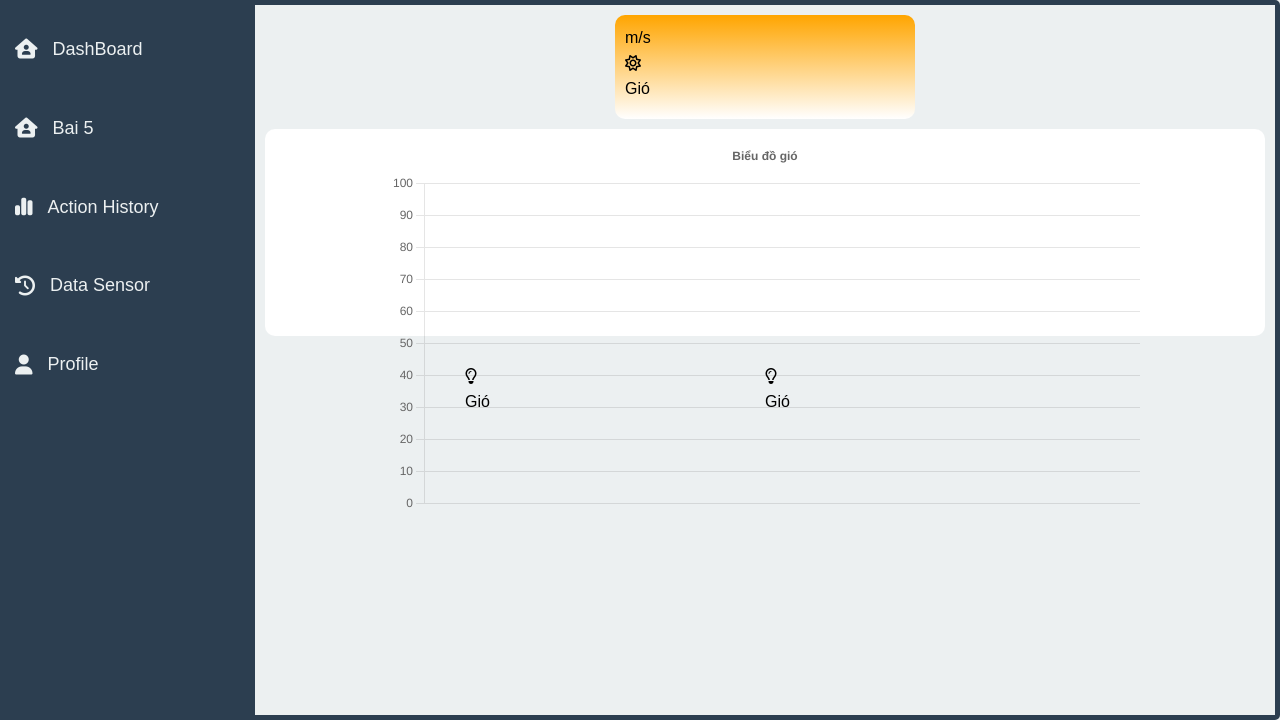
Repository: duongnoob23/duyyyy
Page: /bai5 (app in iot/)
These files come from the project's save history. The page is drawn as it stood at one moment and after the next save; the edit follows.
The browser window is 1280 px wide. The pictures show the whole page.
The page's requests for data from a server got no answer. Some web libraries are served in a nearby version. The project was rebuilt for these pictures with package versions that can differ from the ones it lists, and the page was loaded fresh each time. No one was signed in, and anything a server would have sent is missing. Also part of the build but not shown: iot/src/App.css, iot/src/Components/Doughnut/GaugeChart.js, iot/src/Components/LineChart/LineChartECharts.js, iot/src/Pages/Home/Home.js, iot/src/Pages/DataLogs/DataLogs.js, iot/src/Pages/Profile/Profile.css, iot/src/Pages/Profile/Profile.js, iot/src/Pages/Action/Action.js and 1 more.

Above is the page before, as saved 2024-12-02 21:12:39.

### iot/public/index.html
<!DOCTYPE html>
<html lang="en">
  <head>
    <meta charset="utf-8" />
    <link rel="icon" href="%PUBLIC_URL%/favicon.ico" />
    <meta name="viewport" content="width=device-width, initial-scale=1" />
    <meta name="theme-color" content="#000000" />
    <meta
      name="description"
      content="Web site created using create-react-app"
    />
    <link rel="apple-touch-icon" href="%PUBLIC_URL%/logo192.png" />
    <!--
      manifest.json provides metadata used when your web app is installed on a
      user's mobile device or desktop. See https://developers.google.com/web/fundamentals/web-app-manifest/
    -->
    <link rel="manifest" href="%PUBLIC_URL%/manifest.json" />
    <!--
      Notice the use of %PUBLIC_URL% in the tags above.
      It will be replaced with the URL of the `public` folder during the build.
      Only files inside the `public` folder can be referenced from the HTML.

      Unlike "/favicon.ico" or "favicon.ico", "%PUBLIC_URL%/favicon.ico" will
      work correctly both with client-side routing and a non-root public URL.
      Learn how to configure a non-root public URL by running `npm run build`.
    -->
    <link rel="stylesheet" href="https://cdnjs.cloudflare.com/ajax/libs/font-awesome/6.6.0/css/all.min.css" integrity="sha512-Kc323vGBEqzTmouAECnVceyQqyqdsSiqLQISBL29aUW4U/M7pSPA/gEUZQqv1cwx4OnYxTxve5UMg5GT6L4JJg==" crossorigin="anonymous" referrerpolicy="no-referrer" />
    <title>React App</title>
    <script src="https://code.highcharts.com/highcharts.js"></script>
  </head>
  <body>
    <noscript>You need to enable JavaScript to run this app.</noscript>
    <div id="root"></div>
    <!--
      This HTML file is a template.
      If you open it directly in the browser, you will see an empty page.

      You can add webfonts, meta tags, or analytics to this file.
      The build step will place the bundled scripts into the <body> tag.

      To begin the development, run `npm start` or `yarn start`.
      To create a production bundle, use `npm run build` or `yarn build`.
    -->
  </body>
</html>

### iot/src/index.js
import React from 'react';
import { DatePicker } from 'antd';
import ReactDOM from 'react-dom/client';
import './index.css';
import App from './App';
import reportWebVitals from './reportWebVitals';
import { BrowserRouter } from 'react-router-dom';


const root = ReactDOM.createRoot(document.getElementById('root'));
root.render(
  // <React.StrictMode>
  <BrowserRouter>
    <App />
  </BrowserRouter>

  // </React.StrictMode>
);


reportWebVitals();

### iot/src/index.css
body {
  margin: 0;
  font-family: -apple-system, BlinkMacSystemFont, 'Segoe UI', 'Roboto', 'Oxygen',
    'Ubuntu', 'Cantarell', 'Fira Sans', 'Droid Sans', 'Helvetica Neue',
    sans-serif;
  -webkit-font-smoothing: antialiased;
  -moz-osx-font-smoothing: grayscale;
}

code {
  font-family: source-code-pro, Menlo, Monaco, Consolas, 'Courier New',
    monospace;
}

*{
  box-sizing: border-box;
  font-family: Arial, Helvetica, sans-serif;
}

html{
  font-size: 62.5%;
}

ul,li{
  list-style-type: none;
  margin: 0;
  padding:0;
}
a{
  text-decoration: none;
}

body{
  margin: 0;
  padding: 0;

}

### iot/src/App.js
// import logo from './logo.svg';
import './App.css';
import Layout from './Components/Layout/Layout';
import { Routes,Route} from 'react-router-dom';
import Home from './Pages/Home/Home';
import DataLogs from './Pages/DataLogs/DataLogs';
import Profile from './Pages/Profile/Profile';
import Action from './Pages/Action/Action';
import Bai5 from './Pages/Bai5/Bai5';
function App() {
  return (
    <>

      <Routes>
          <Route path="/" element = {<Layout/>}>
            <Route path='home' element={<Home/>}/>
            <Route path='bai5' element={<Bai5 />}/>
            <Route path='datalogs' element={<DataLogs/>}/>
            <Route path='profile' element={<Profile/>}/>
            <Route path='action' element={<Action/>}/>
          </Route>
      </Routes>
    </>
  );
}

export default App;

### iot/src/Components/Layout/Layout.js
import './Layout.css'
import { Link, Outlet, } from "react-router-dom";
// import { useState } from "react";

function Layout(){

    return (
        <>

        <div className="dashBoard">
        <div className="sideBar">
            <ul className="sideBar-list">
                <li className="sideBar-item">
                    {/* <a  href="#" className="sideBar-icon">
                        <i className="fa-solid fa-house-user">
                        </i>
                        <span className='sideBar-text'>DashBoard</span>
                    </a> */}
                    <Link className='sideBar-icon' to={"/home"}>
                        <i className="fa-solid fa-house-user">
                        </i>
                        <span className='sideBar-text'>DashBoard</span>
                    </Link>
                </li>
                <li className="sideBar-item">
                    <Link className='sideBar-icon' to={"/bai5"}>
                        <i className="fa-solid fa-house-user">
                        </i>
                        <span className='sideBar-text'>Bai 5</span>
                    </Link>
                </li>
                <li className="sideBar-item">
                <Link  className="sideBar-icon" to={"/action"}>
                    <i className="fa-solid fa-chart-simple"></i>
                        <span className='sideBar-text'>Action History</span>
                    </Link>
                </li>
                <li className="sideBar-item">
                    <Link className="sideBar-icon" to={"/datalogs"} >
                    <i className="fa-solid fa-clock-rotate-left"></i>
                        <span className='sideBar-text'> Data Sensor</span>
                    </Link>
                </li>
                <li className="sideBar-item">

                    <Link className="sideBar-icon" to={"/profile"}>
                        <i className="fa-solid fa-user"></i>
                        <span className='sideBar-text'>Profile</span>
                    </Link>
                </li>
            </ul>
        </div>
        <div className="sideMain">
            <Outlet/>
        </div>
    </div>
        </>
    )
}

export default Layout;

### iot/src/Components/Layout/Layout.css


/* Reset default padding and margins */
* {
    margin: 0;
    padding: 0;
    box-sizing: border-box;
}

/* DashBoard container */
.dashBoard {
    display: flex;
    height : 100vh;
    font-family: 'Roboto', sans-serif;
}

/* SideBar styling */
.sideBar {
    width: 250px;
    background-color: #2c3e50;
    padding: 20px 0;
    position: fixed;
    height: 100%;
    transition: all 0.3s ease;
}

.sideBar-list {
    list-style: none;
    padding-left: 0;
}

.sideBar-item {
    margin-bottom: 20px;
}

.sideBar-icon {
    display: flex;
    align-items: center;
    padding: 15px;
    color: #ecf0f1;
    text-decoration: none;
    transition: background 0.3s ease, color 0.3s ease;
}

.sideBar-icon i {
    margin-right: 15px;
    font-size: 20px;
}

/* Hover effect for sidebar items */
.sideBar-icon:hover {
    background-color: #34495e;
    color: #1abc9c;
    cursor: pointer;
    padding-left: 25px; /* Add a slide effect */
    transition: all 0.3s ease;
}

.sideBar-text {
    font-size: 18px;
}

/* Active link effect */
.sideBar-icon.active {
    background-color: #1abc9c;
    color: #fff;
    border-radius: 8px;
    transition: all 0.3s ease;
}

/* SideMain styling */
.sideMain {
    margin-left: 250px;
    background-color: #ecf0f1;
    flex-grow: 1;
}

/* Responsive Design */
@media screen and (max-width: 768px) {
    .sideBar {
        width: 200px;
    }

    .sideBar-icon {
        padding: 10px;
    }

    .sideMain {
        margin-left: 200px;
        padding: 20px;
    }
}

@media screen and (max-width: 576px) {
    .sideBar {
        width: 60px;
    }

    .sideBar-icon i {
        margin-right: 0;
        text-align: center;
        flex: 1;
    }

    .sideBar-text {
        display: none;
    }

    .sideMain {
        margin-left: 60px;
        padding: 10px;
    }
}

### iot/src/Pages/Home/Home.css
/* General Styling */
.main {
    display: flex;
    flex-direction: column;
    height : 100%; /* Chiếm toàn bộ chiều cao của màn hình */

    box-sizing: border-box; /* Đảm bảo padding không làm thay đổi kích thước */
}

.section {
  width: 100%;
  height : 100%;
}



.section-one{
    width: 100vh;
    height : 100%;
    display: flex;
    flex-direction: row;

}

.left{
  width: 75%;
}

.right{
  width: 25%;
}

.sensor{
    height: 30%;
}


.sensor-list {
    height: 100%;
    display: flex;
    list-style-type: none;
    padding: 0;
    margin: 0;
    justify-content: space-between; /* Rải đều các phần tử trong container */
    width: 100%; /* Chiếm toàn bộ chiều rộng của màn hình */
}

.sensor-item {
    flex: 1; /* Các phần tử sẽ tự động chiếm đều không gian */
    /* padding: 5px; */
    background-color: #ffffff;
    border-radius: 12px;
    box-shadow: 0 4px 12px rgba(0, 0, 0, 0.1);
    display: flex;
    flex-direction: column;
    align-items: center;
    text-align: center;
    margin: 10px;
    min-width: 50px; /* Đảm bảo các phần tử không quá nhỏ */
}
  .sensor-item .sensor-digit {
    font-size: 1.2em;
    font-weight: bold;
    margin-bottom: 5px;
    color: #333;
  }

  .sensor-item:nth-child(2){
    /* margin:10px 20px; */
  }

  .sensor-bar {
    width: 100%;
    height: 100px;
    background-color: #e0e0e0;
    border-radius: 8px;
    position: relative;
    overflow: hidden;
    margin: 10px 0;
  }

  .sensor-fill {
    position: absolute;
    bottom: 0;
    width: 100%;
    border-radius: 8px;
  }

  .sensor-item.light .sensor-fill {
    background-color: #ffb74d; /* Soft orange for light */
  }

  .sensor-item.temperature .sensor-fill {
    background-color: #ef5350; /* Soft red for temperature */
  }

  .sensor-item.humidity .sensor-fill {
    background-color: #42a5f5; /* Soft blue for humidity */
  }

  .label {
    font-size: 0.9em;
    font-weight: 600;
    color: #777;
  }
  /* Chart Section */
  .chart {
    height: 70%;
    width: 100%;
    /* margin-top: 20px; */
    /* margin: 15px; */
    padding: 0;
  }
.styleChart{
  aspect-ratio: 7/3;
}
  /* Electric Section */
  .electric {
    width: 100%;
    margin-top: 5px;
  }

  .electric-list {
    list-style: none;
    padding: 0;
    margin: 0;
    display: flex;
    flex-direction: column;
    justify-content: space-around;
    gap: 15px;
  }

  .electric-item {
    /* flex: 1; */
    text-align: center;
    padding: 20px;
    background-color: #f9f9f9;
    border-radius: 10px;
    box-shadow: 0px 4px 10px rgba(0, 0, 0, 0.1);
    transition: transform 0.3s ease, box-shadow 0.3s ease;
    width: 300px;
  }




  .electric-box {
    position: relative;
    margin-bottom: 10px;
  }

  .electric-input {
    display: none;
  }

  .electric-label {
    display: block;
    width: 60px;
    height: 30px;
    background-color: #ddd;
    border-radius: 15px;
    position: relative;
    cursor: pointer;
    transition: background-color 0.3s;
  }



  .electric-input:checked + .electric-label {
    background-color: #4caf50;
  }

  .electric-input:checked + .electric-label:before {
    left: 31px;
  }

  .on-off {
    font-weight: bold;
    margin-top: 8px;
    font-size: 16px;
  }

  .electric-item i {
    font-size: 36px;
    color: #4caf50;
  }

  .electric-item .light-icon,
  .electric-item .temp-icon,
  .electric-item .air-icon {
    color: #aaa;
  }

/* css button  */

### iot/src/Components/Helper/URL.js
export const URL = "http://localhost:3001";

### iot/src/Pages/DataLogs/DataLogs.css
*{
    box-sizing: border-box;
}
.table {
    width: 90%;
    border-collapse: collapse;
    margin: 10px;
    border-radius:10px;
    overflow: hidden;
}

.data{
    border:5px solid #2c3e50;
    border-radius: 0 5px 5px 0;
    height: 100%;
}

.table__body{
    border-radius: 10px;
    border: 2px solid #2c3e50;
}

.table__head{
    border: 2px solid #2c3e50;
}
th, td {
    padding: 10px;
    text-align: center;
    border-bottom: 1px solid #ddd;
}
th {
    background-color: #2c3e50;
    color: white;
}

.table-row__body{
    transition: all 0.1s linear;

}
.table-row__body:nth-child(even){
    background-color: #eee;

}
.table-row__body:hover{
    background-color: #2c3e50;
    color: #F4C427;

}

.table-row__body:active{
    background-color: #2c3e50;
    color: #F4C427;
}
.data__title{
    margin-left: 10px;
    font-size: 20px;
    font-weight: bold;
}

.data__sort{
    margin-left: 10px;
    font-size: 15px;
    font-weight: bold;
    margin-bottom: 10px;

}

.data__in{
    border-radius: 10px;
    border: 2px solid #7A40F2;
    margin: 10px;
}

### iot/src/Pages/Action/Action.css
* {
    box-sizing: border-box;
    font-family: 'Arial', sans-serif; /* Change this to your preferred font */
    font-size: 16px; /* Default font size */
    line-height: 1.6; /* Controls line spacing */
}


.action {
    border: 5px solid #2c3e50;
    border-radius: 0 5px 5px 0;
    height: 100vh; /* Full viewport height */
    display: flex;
    flex-direction: column;
    justify-content: space-between; /* Distribute space evenly */
}

.action-title {
    margin-left: 10px;
    font-size: 24px;
    font-weight: bold;
    margin-bottom: 20px;
}

.option {
    display: flex;
    align-items: center;
    margin-bottom: 20px;
}

.search {
    margin-left: 20px;
    display: flex;
    align-items: center;
}

.search__input {
    padding: 8px 15px;
    border-radius: 8px;
    outline: none;
    border: 1px solid #2c3e50;
    margin-right: 5px;
    font-size: 16px;
}

.search__icon {
    cursor: pointer;
    font-size: 20px;
    color: #2c3e50;
}

.select, .select2 {
    margin-left: auto;
    padding: 0 10px;
}

.select__list {
    padding: 8px 12px;
    border-radius: 8px;
    border: 1px solid #2c3e50;
    outline: none;
    font-size: 16px;
}

/* Table container to control overflow */
.table__container {
    flex-grow: 1;
    overflow-y: auto;
    border-radius: 10px;
    margin: 0 20px;
    padding-bottom: 20px;
}

.table {
    width: 100%;
    border-collapse: collapse;
}

.table__head {
    background-color: #2c3e50;
    color: white;
    border-radius: 10px 10px 0 0;
}

.table-row__head th, .table-row__body td {
    padding: 10px;
    text-align: center;
}

.table-row__body:nth-child(even) {
    background-color: #f7f7f7;
}

.table-row__body:hover {
    background-color: #2c3e50;
    color: #F4C427;
}

/* Maintain height to ensure 10 rows fill the page */
.table-row__body {
    height: 40px; /* Adjust this based on design preferences */
    transition: background-color 0.3s;
}

.table__body {
    border-radius: 0 0 10px 10px;
}

.pagination {
    margin-right: 20px;
    padding: 10px 0;
    text-align: right;
}

.pagi__list {
    display: flex;
    justify-content: flex-end;
    align-items: center;
    font-size: 16px;
}

.pagi__item {
    margin: 0 5px;
    cursor: pointer;
    padding: 5px 10px;
    border: 1px solid #3498db;
    border-radius: 5px;
    transition: background-color 0.3s;
}

.pagi__next, .pagi__pre {
    color: #3498db;
}

.pagi__cur {
    font-weight: bold;
    color: #fff;
    background-color: #15181b;
    border-radius: 5px;
    padding: 5px 10px;
}

/* Ensure last row visibility */
.table__container::-webkit-scrollbar {
    width: 6px;
}

.table__container::-webkit-scrollbar-thumb {
    background-color: #121518;
    border-radius: 10px;
}

### iot/src/Pages/Bai5/Bai5.css
.main{
    width: 100%;
    padding:10px;
    height: 100%;
    border:5px solid #2c3e50;
    border-radius: 0 5px 5px 0;
}


.section{
}

.section .section-two{
    height: 100%;
    width: 100%;
    display: flex;
    flex-direction: column;
}



.electric{
    background-color: white;
    /* padding:10px; */
    border-radius: 15px;
    /* margin-bottom: 15px; */
}

.electric-list{
    display: flex;
    justify-content: center;
    align-items: center;
    margin-left: -20px;
    height: 100%;
}

.electric-item{
    width: 80%;
    height: calc(100% / 3 - 10px);
    margin-left: 20px;
    /* background-color: white; */
    border-radius: 10px;
    padding: 10px;
    box-shadow: rgba(0, 0, 0, 0.35) 0px 5px 15px;
    color:#2c3e50;
    display: flex;
    flex-direction: column;
    justify-content: space-between;
    font-size: 15px;
    transition: all 0.25s linear;
    position: relative;
    /* cursor: pointer; */
}

/* .electric-item:hover{
    background-color: #2c3e50;
    color: white;
    box-shadow: #2c3e50 3px 3px 9px 0px;
} */

.electric-item i{
    font-size: 40px;
}

.electric-item .on-off{
    font-size: 20px;
    color: black;
    margin-top: 0;
}

.electric-item:hover .on-off{
    /* color:white; */
}

.electric-input{
    display: none;
}

.electric-input:checked + .electric-label{
    background-color: #2c3e50;
    box-shadow: white 0px 5px 15px;
}

.electric-input:checked + .electric-label:after{
    background-color: white;
    transform: translateX(17px);
}
.electric-input:checked .temperature{
    color: #2c3e50;
}


.electric-label{
    position: absolute;
    top:20px;
    right: 20px;
    width: 36px;
    height: 20px;
    border-radius: 20px;
    background-color: #F5F5F5;
    transition: all 0.25s linear;
    cursor: pointer;
}

.electric-label:after{
    cursor: pointer;
    content: "";
    position:  absolute;
    top:1px;
    left: 1px;
    width: 18px;
    height: 18px;
    border-radius: 50%;
    background-color: white;
    transition: all 0.25s linear;
    box-shadow: rgba(0, 0, 0, 0.35) 0px 5px 15px;
}

.electric-item .electric-light{
    display: inline-block;
    font-size: 40px;
    color: black;
    transition: all 0.4s linear;
    display: flex;
    justify-content: center;
    align-items: center;
}
.electric-item .electric-light.show{
    color: yellow;
    /* box-shadow: 0 0 3px 3px yellow; */
    filter: drop-shadow(0 0 10px rgba(255, 255, 0, 0.8)) drop-shadow(0 0 20px rgba(255, 255, 0, 0.642));
}

.electric-item .electric-air{
    display: flex;
    justify-content: center;
    align-items: center;
    color:black;
}

.electric-item .electric-air.show{
    content: "";
    animation:spin 2s linear infinite;
    color:#3acbe9;
    transition: all 0.4s linear;
}

.electric-item .electric-temperature{
    display: flex;
    justify-content: center;
    align-items: center;
    color:black;
}

.electric-item .electric-temperature.show{
    /* color: linear-gradient(to top,red ,yellow ); */
    background-image: linear-gradient(to top,red,yellow);
    color:transparent;
    background-clip: text;
    transition: all 0.4s linear;
}

@keyframes spin {
    to{
        transform: rotate(720deg);
    }
  }

.meter{
    background-color: white;
    padding:10px;
    border-radius: 15px;
    margin-bottom: 5px;
}

.meter-list{
    display: flex;
    justify-content: center;
    align-items: center;
    margin-left: -20px;
}

.meter-item{
    width: calc(100% / 3 - 20px);
    height: 120px;
    margin-left: 20px;
    /* background-color: white; */
    border-radius: 10px;
    padding: 10px;
    box-shadow: rgba(0, 0, 0, 0.35) 0px 5px 15px;
    color:black;
    display: flex;
    flex-direction: column;
    justify-content: space-between;
    font-size: 18px;
    transition: all 0.25s linear;
    position: relative;
}
.meter-item:first-child{
    /* background-image: linear-gradient(to bottom,#F4C427,white); */
    background-color: #f4c427;
    }



.meter-item:last-child{
    /* background-image: linear-gradient(to bottom,#3ACBE9,white); */
    background-color: #3acbe9;
}

.meter-item:nth-child(2){
    /* background-image: linear-gradient(to bottom,#FF9060,white); */
    background-color: #FF9060;
}

.meter-digit
{
    text-align: start;
    font-size: 24px;
    font-weight: white;
}

.chart{
    width: 100%;
    height: 30%;
    border-radius: 10px;
    background-color: white;
    padding:10px;
    margin-bottom: 20px;
}



.blink {
    background-color: yellow;
    animation: blink 1s infinite;
  }

  @keyframes blink {
    0%, 100% {
      background-color: yellow;
    }
    50% {
      background-color: transparent;
    }
  }


.bai5{
    margin: 0 auto;
    width: 300px;
    height: 15%;
    margin-bottom: 10px;
    border-radius: 10px;
    overflow: hidden;
}

.bai5 .bai5-item{
    padding: 10px;
    height: 100%;
}
.control{
    width: 100%;
    height: 30%;
}

.control-list{
    display: flex;
    justify-content: center;
    align-items: center;
}

.control-item{
    width: 300px;
    height: 90%;
}

### iot/src/Components/LineChart/LineChartFix.js
import React, { useEffect,useState } from 'react';
import { Line } from 'react-chartjs-2';
import { Chart as ChartJS, CategoryScale, LinearScale, PointElement, LineElement, Title, Tooltip, Legend } from 'chart.js';
import {URL} from '../Helper/URL';
ChartJS.register(CategoryScale, LinearScale, PointElement, LineElement, Title, Tooltip, Legend);



const LineChartFix = ({onDataUpdate}) => {


  const [dataChart,setDataChart] = useState({
    labels:[],
    datasets:[],
  })
  // console.log(onDataUpdate);
  const fetchApi = () => {
    fetch(URL + `/windspeed`)
      .then(res => res.json())
      .then(data => {
        if (data) {
          console.log(data);

          // Adding index (increasing order) to the data
          let indexedData = data.results.map((item, index) => ({
            ...item,
            index: index + 1 // Adding index starting from 1
          }));

          // Extract time, temperature, humidity, and light values
          let time = indexedData.map(item => item.time);
          let temperature = indexedData.map(item => item.temperature);
          let humidity = indexedData.map(item => item.humidity);
          let light = indexedData.map(item => item.light / 10);
          let windspeed = indexedData.map(item => item.light/10 + 13);
          setDataChart({
            labels: time,
            datasets: [
              {
                label: 'Tốc độ gió ',
                data: windspeed,
                borderColor: 'rgba(255, 206, 86, 1)',
                backgroundColor: 'rgba(255, 206, 86, 0.2)',
                tension: 0.4,
              },
            ],
          });

          const option = {
            windspeed: windspeed[windspeed.length - 1 ],
          };

          onDataUpdate(option);
        }
      });
  };

  useEffect(() => {
    fetchApi(); // Lần gọi đầu tiên ngay khi component mount

    // const interval = setInterval(() => {
    //   fetchApi(); // Gọi API mỗi 5 giây (5000ms)
    // }, 5000);

    // return () => clearInterval(interval); // Dọn dẹp interval khi component unmount
  }, []);


  const options = {
    responsive: true,
    plugins: {
      legend: {
        position: 'top',
      },
      title: {
        display: true,
        text: 'Biểu đồ gió',
      },
    },
    scales: {
      y: {
        beginAtZero: true,
        max: 100, // Đặt giá trị tối đa cho trục y
      },
    },
  };


  return (
    <div style={{ maxWidth: '750px', margin: '0 auto' }}>
      <Line data={dataChart} options={options}  />
    </div>
  );
};

// onDataUpdate={handleDataUpdate}
export default LineChartFix;

Loaded but not shown: iot/src/reportWebVitals.js (common file); iot/src/Pages/Bai5/Bai5.js (119 lines, source omitted)

After the next save:
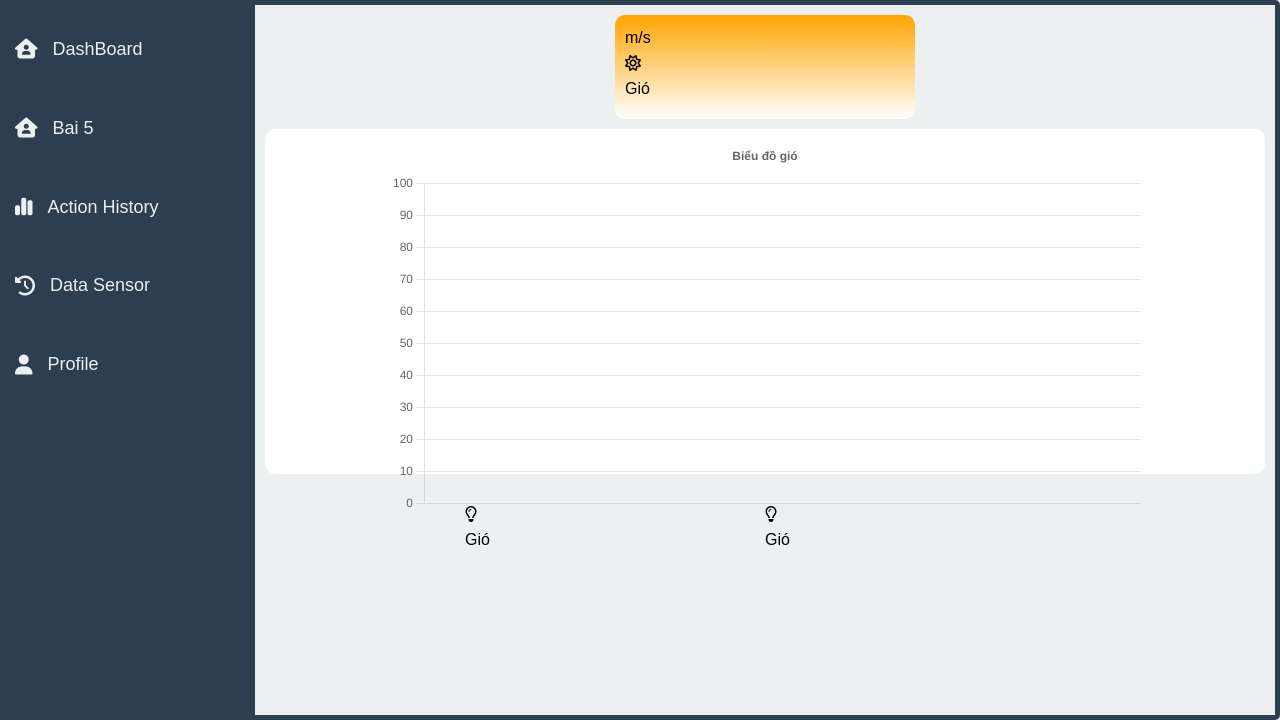
Saved 4 s later.
--- a/iot/src/Pages/Bai5/Bai5.css
+++ b/iot/src/Pages/Bai5/Bai5.css
@@ -222,7 +222,7 @@
 
 .chart{
     width: 100%;
-    height: 30%;
+    height: 50%;
     border-radius: 10px;
     background-color: white;
     padding:10px;
